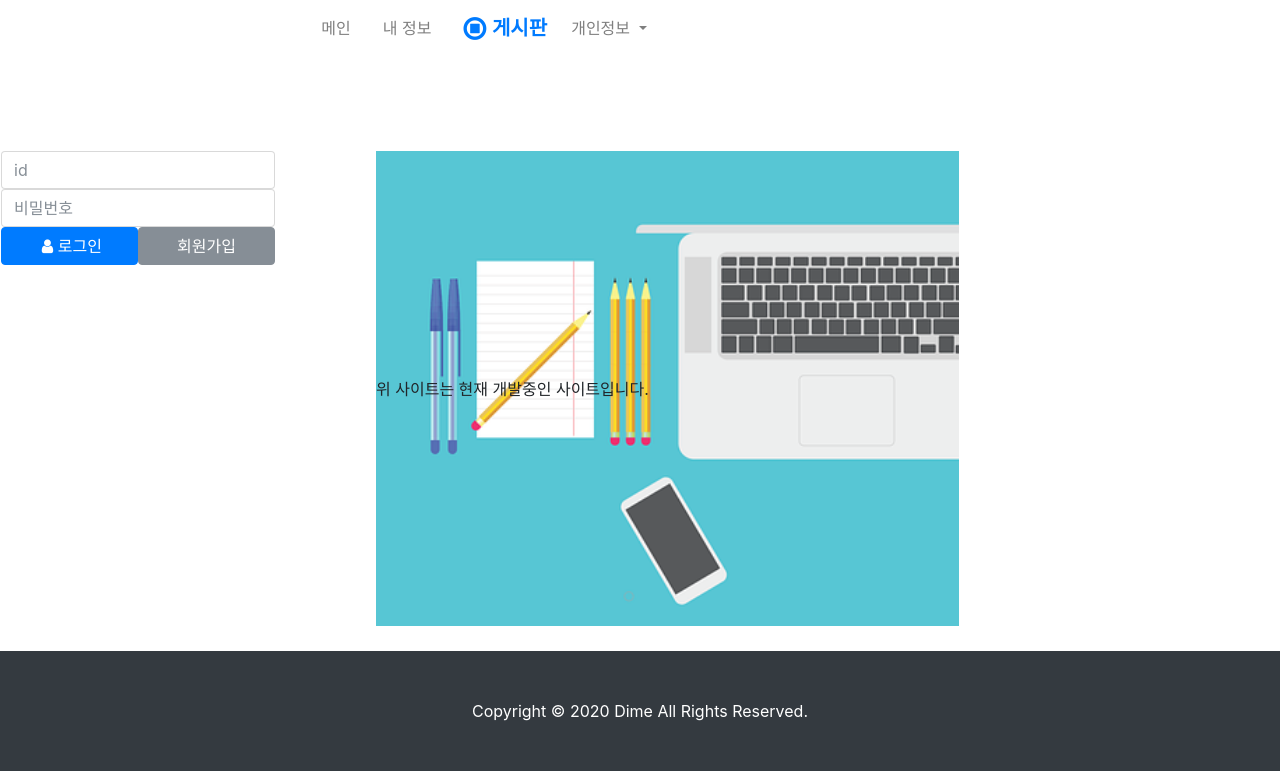
Repository: elecdime/jspboard
Page: http://localhost/BBS/projectbbs/Main.jsp
These files come from the project's save history. The page is drawn as it stood at one moment and after the next save; the edit follows.
The browser window is 1280 px wide. The pictures show the whole page.
Some web libraries are served in a nearby version. The page is served by Tomcat 9.

Above is the page before, as saved 2020-07-08 12:49:46.

After the next save:
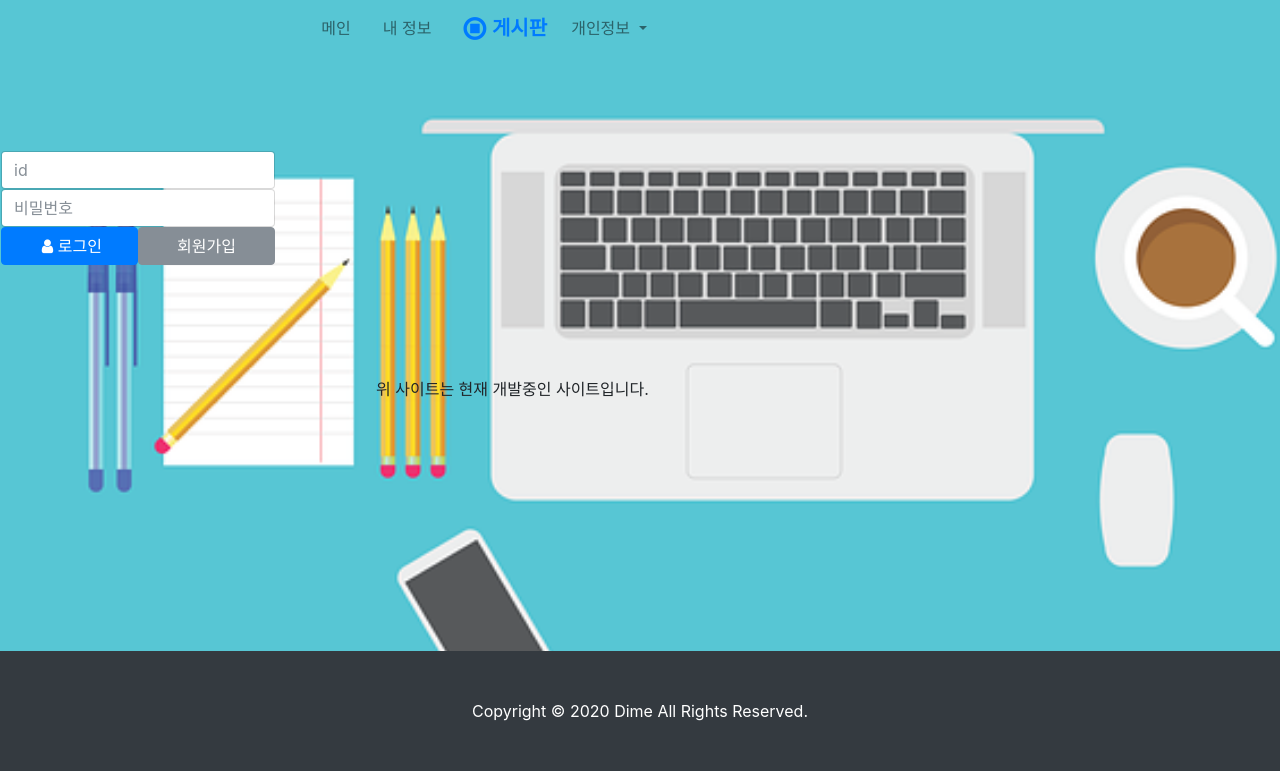
Saved 27 s later.
--- a/dime/project Web/BBS/WebContent/projectbbs/Main.jsp
+++ b/dime/project Web/BBS/WebContent/projectbbs/Main.jsp
@@ -9,7 +9,7 @@
   <!-- Bootstrap CSS -->
   <link rel="stylesheet" href="https://maxcdn.bootstrapcdn.com/bootstrap/4.0.0-beta/css/bootstrap.min.css" integrity="sha384-/Y6pD6FV/Vv2HJnA6t+vslU6fwYXjCFtcEpHbNJ0lyAFsXTsjBbfaDjzALeQsN6M" crossorigin="anonymous">
 <style type="text/css">
-#tables{
+body{
 background-image: url('back.jpg');
 background-size: cover;
 }
@@ -32,7 +32,7 @@
                     <%@ include file="left.jsp" %>
                 </td>
                 <td width="800" valign="#" style="padding-left: 100px">
-                    <table width="100%" height="475" cellpadding="0" cellspacing="0" id="tables">
+                    <table width="100%" height="475" cellpadding="0" cellspacing="0" >
                         <tr >
                             <td border="3px">
                              위 사이트는 현재 개발중인 사이트입니다.

After the save that followed:
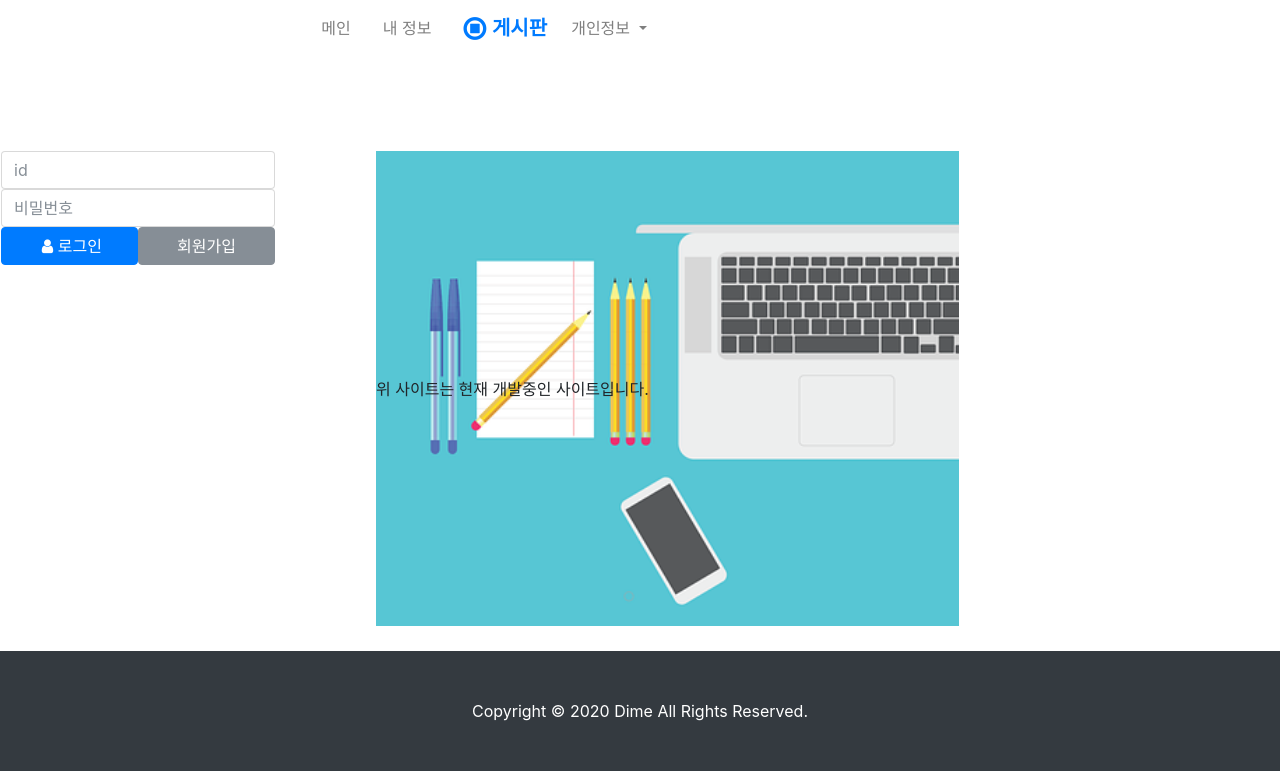
Saved 2 min 56 s later.
--- a/dime/project Web/BBS/WebContent/projectbbs/Main.jsp
+++ b/dime/project Web/BBS/WebContent/projectbbs/Main.jsp
@@ -9,7 +9,7 @@
   <!-- Bootstrap CSS -->
   <link rel="stylesheet" href="https://maxcdn.bootstrapcdn.com/bootstrap/4.0.0-beta/css/bootstrap.min.css" integrity="sha384-/Y6pD6FV/Vv2HJnA6t+vslU6fwYXjCFtcEpHbNJ0lyAFsXTsjBbfaDjzALeQsN6M" crossorigin="anonymous">
 <style type="text/css">
-body{
+#tables{
 background-image: url('back.jpg');
 background-size: cover;
 }
@@ -32,7 +32,7 @@
                     <%@ include file="left.jsp" %>
                 </td>
                 <td width="800" valign="#" style="padding-left: 100px">
-                    <table width="100%" height="475" cellpadding="0" cellspacing="0" >
+                    <table width="100%" height="475" cellpadding="0" cellspacing="0" id="tables">
                         <tr >
                             <td border="3px">
                              위 사이트는 현재 개발중인 사이트입니다.
